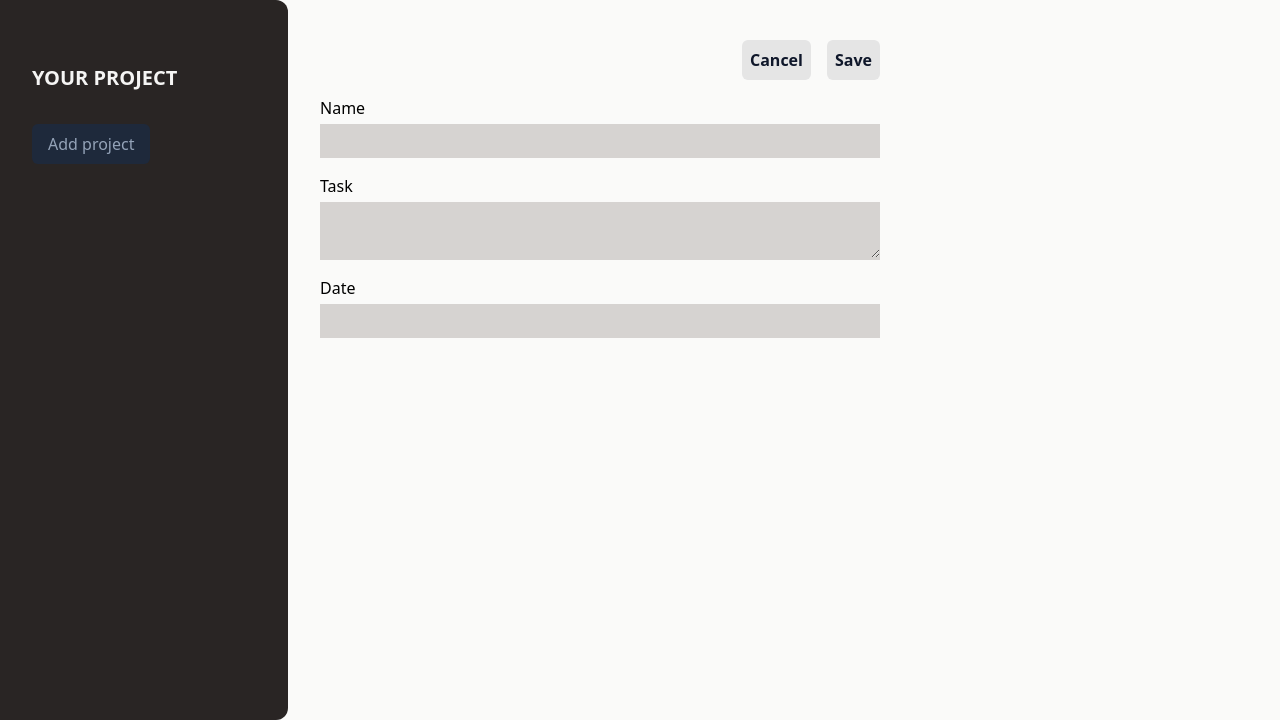
Repository: sibi24sibi/todo-list-using-reactjs
Page: /, after clicking the first element matching `button.px-4`
These files come from the project's save history. The page is drawn as it stood at one moment and after the next save; the edit follows.
The browser window is 1280 px wide. The pictures show the whole page.
The project was rebuilt for these pictures with package versions that can differ from the ones it lists, and the page was loaded fresh each time. Also part of the build but not shown: vite.config.js.

Above is the page before, as saved 2024-07-01 15:10:06.

### src/App.jsx
import { useState } from "react";
import NewProjects from "./Components/NewProjects";
import NoProjects from "./Components/NoProjects";
import SideBar from "./Components/SideBar";
function App() {
  const [projectsState, setProjectState] = useState({
    selectedProjectId: undefined,
    projects: [],
  });

  function handleStartAddProject() {
    setProjectState((prevState) => {
      return {
        ...prevState,
        selectedProjectId: null,
      };
    });
  }

  function handleAddProject(projectData) {
    setProjectState((prevState) => {
      const projectId = Math.random();
      const newProject = {
        ...projectData,
        id: projectId,
      };
      return {
        ...prevState,
        selectedProjectId: undefined,
        projects: [...prevState.projects, newProject],
      };
    });
  }

  let content;

  if (projectsState.selectedProjectId === null) {
    content = <NewProjects onAdd={handleAddProject} />;
  } else if (projectsState.selectedProjectId === undefined) {
    content = <NoProjects onStartAddProject={handleStartAddProject} />;
  }

  return (
    <>
      <main className="h-screen flex gap-8">
        <SideBar
          onStartAddProject={handleStartAddProject}
          projects={projectsState.projects}
        />
        {content}
      </main>
    </>
  );
}

export default App;

### src/Components/NewProjects.jsx
import { useRef } from "react";
import Button from "./Button";
import Input from "./Input";
import Model from "./Model";

export default function NewPoject({ onAdd }) {
  const model = useRef();
  const name = useRef();
  const task = useRef();
  const date = useRef();

  function handlesave() {
    const enteredName = name.current.value;
    const enteredTask = task.current.value;
    const enteredDate = date.current.value;

    if (
      enteredName.trim() === "" ||
      enteredTask.trim() === "" ||
      enteredDate.trim() === ""
    ) {
      Model.current.open();
      return;
    }
    onAdd({
      name: enteredName,
      task: enteredTask,
      date: enteredDate,
    });
  }

  return (
    <div>
      <Model ref={model}>
        <div className="p-4 bg-white text-red-700 rounded-md shadow-md">
          <h2 className="text-lg font-semibold">Error</h2>
          <p className="mt-2 text-sm">Please fill in all fields.</p>
        </div>
      </Model>
      <div className=" w-[35rem] mt-10">
        <menu className="flex items-center justify-end  gap-4 my-4">
          <li>
            <button className="p-2 bg-neutral-200 font-semibold text-slate-900 rounded-md   hover:text-slate-800 hover:bg-red-400 ">
              Cancel
            </button>
          </li>
          <li>
            <button
              onClick={handlesave}
              className="p-2 bg-neutral-200 font-semibold text-slate-900 rounded-md hover:text-slate-500 hover:bg-lime-400"
            >
              Save
            </button>
          </li>
        </menu>
        <div>
          <Input ref={name} label="Name" textarea={false} />
          <Input ref={task} label="Task" textarea />
          <Input ref={date} label="Date" textarea={false} />
        </div>
      </div>
    </div>
  );
}

### src/Components/NoProjects.jsx
import noProjects from "../assets/no-projects.png";
import Button from "./Button";

export default function Noprojects({ onStartAddProject }) {
  return (
    <div className="w-2/3  mt-24 text-center">
      <img
        src={noProjects}
        alt="No Projects"
        className="w-16 h-16 object-contain mx-auto"
      />
      <h2 className="text-2xl my-4  text-stone-400 ">No Project Selected</h2>
      <p className=" text-lg my-4  text-stone-500 ">
        No Project Selected or Create New Project
      </p>
      <p>
        <Button onClick={onStartAddProject}>Create new Project</Button>
      </p>
    </div>
  );
}

### src/Components/SideBar.jsx
import Button from "./Button";

export default function SideBar({ onStartAddProject, projects }) {
  return (
    <aside className="w-1/3 px-8 py-16 bg-stone-800 text-stone-50 md:w-72 rounded-r-xl">
      <h2 className="mb-8 font-bold uppercase md:text-xl text-stone-100">
        your project
      </h2>
      <div>
        <Button
          onClick={onStartAddProject}
          className="px-4 py-2 text-slate-400 hover:text-slate-900 md:text-base rounded-md bg-slate-800 hover:bg-slate-400"
        >
          Add project
        </Button>
      </div>
      <ul>
        {projects.map((project) => (
          <li key={project.id}>
            <button className="w-full text-left px-2 py-1 rounded-sm my-2  hover:text-stone-400 text-slate-50">
              {project.task}
            </button>
          </li>
        ))}
      </ul>
    </aside>
  );
}

### src/Components/Button.jsx
export default function Button({ children, ...props }) {
  return (
    <button
      className="px-4 py-2 text-slate-400 hover:text-gray-950 md:text-base rounded-md  bg-gray-900  hover:bg-slate-400 "
      {...props}
    >
      {children}
    </button>
  );
}

### src/Components/Input.jsx
import { forwardRef } from "react";

const Input = forwardRef(function Input({ label, textarea, ...props }, ref) {
  const inputClasses =
    "text-stone-600 focus:outline-none focus:border-stone-600 w-full p-1 border-b-2 border-stone-300  bg-stone-300";
  return (
    <div className="flex flex-col gap-1 my-4  ">
      <label className="font-normal">{label}</label>
      {textarea ? (
        <textarea ref={ref} className={inputClasses} {...props}></textarea>
      ) : (
        <input ref={ref} className={inputClasses} {...props}></input>
      )}
    </div>
  );
});

export default Input;

### src/Components/Model.jsx
import { forwardRef, useImperativeHandle, useRef } from "react";
import { createPortal } from "react-dom";

const Model = forwardRef(function Model({ children }, ref) {
  const dialog = useRef();
  useImperativeHandle(ref, () => {
    return {
      open() {
        dialog.current.showModal();
      },
    };
  });
  return createPortal(
    <div>
      <dialog ref={dialog}>{children}</dialog>
    </div>,

    document.getElementById("modal-root")
  );
});
export default Model;

Loaded but not shown: index.html (common file); src/main.jsx (common file); src/index.css (common file); tailwind.config.js (common file)

After the next save:
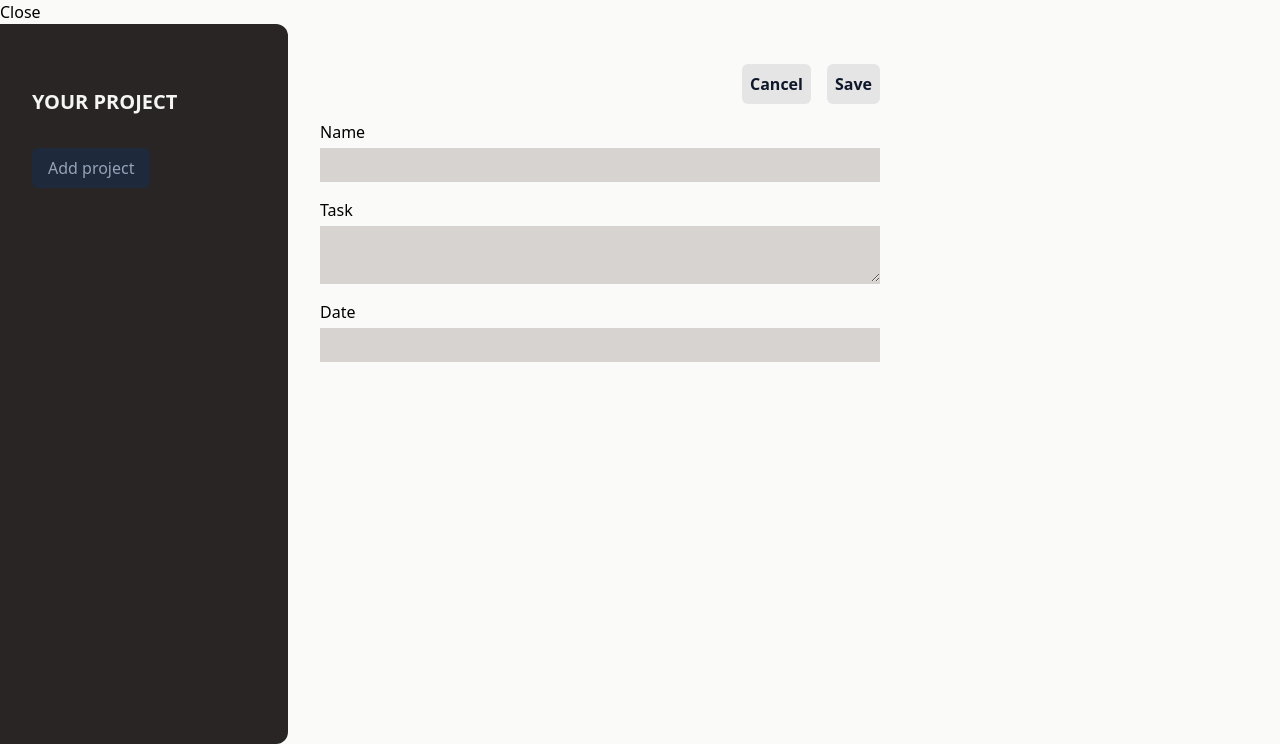
Saved 1 s later.
--- a/src/Components/Model.jsx
+++ b/src/Components/Model.jsx
@@ -13,6 +13,9 @@ const Model = forwardRef(function Model({ children }, ref) {
   return createPortal(
     <div>
       <dialog ref={dialog}>{children}</dialog>
+      <form method="dialog">
+        <button type="button">Close</button>
+      </form>
     </div>,
 
     document.getElementById("modal-root")
